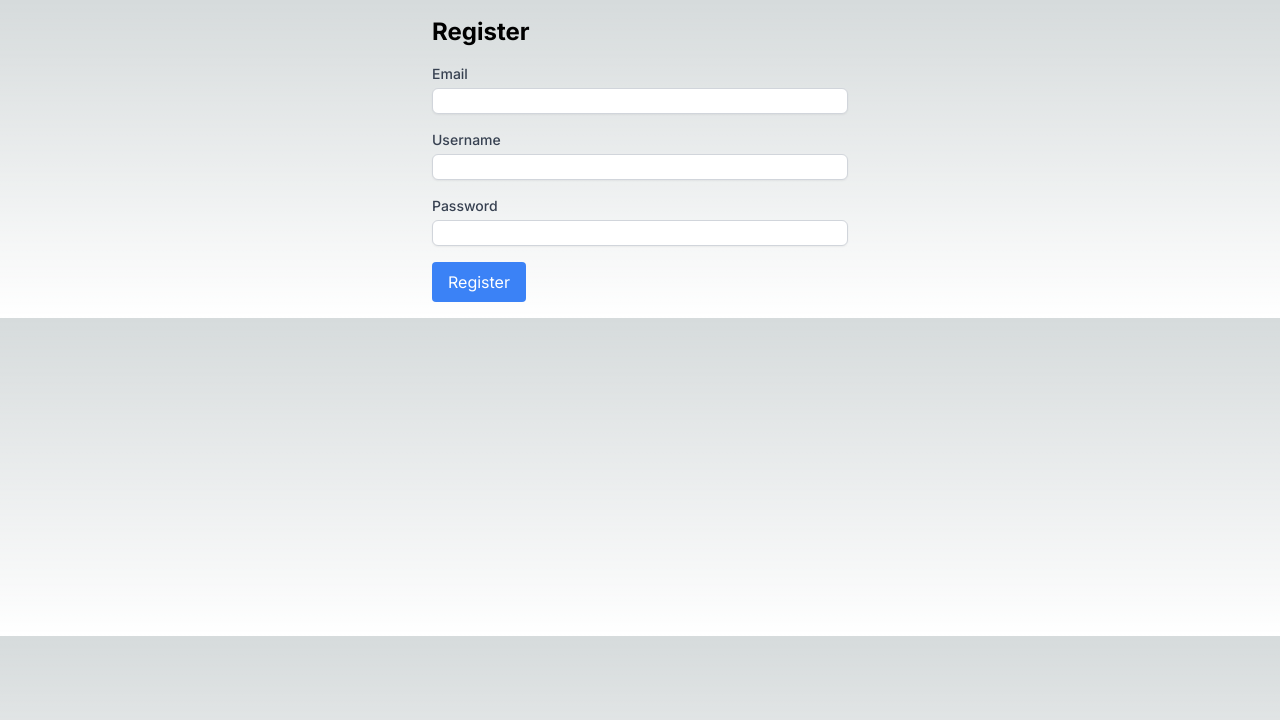
Repository: NassimeElkamari/Horizon-Housing
Page: /register
An editor plug-in stored every save of this project. The page is shown before and after the next save, followed by the edit.
The browser window is 1280 px wide. The pictures show the whole page.
The project was rebuilt for these pictures with package versions that can differ from the ones it lists, and the page was loaded fresh each time. The framework's server and built-in components were replaced by stand-ins that run in the browser. Also part of the build but not shown: next.config.mjs.

Above is the page before, as saved 2024-08-28 15:29:07.

After the next save:
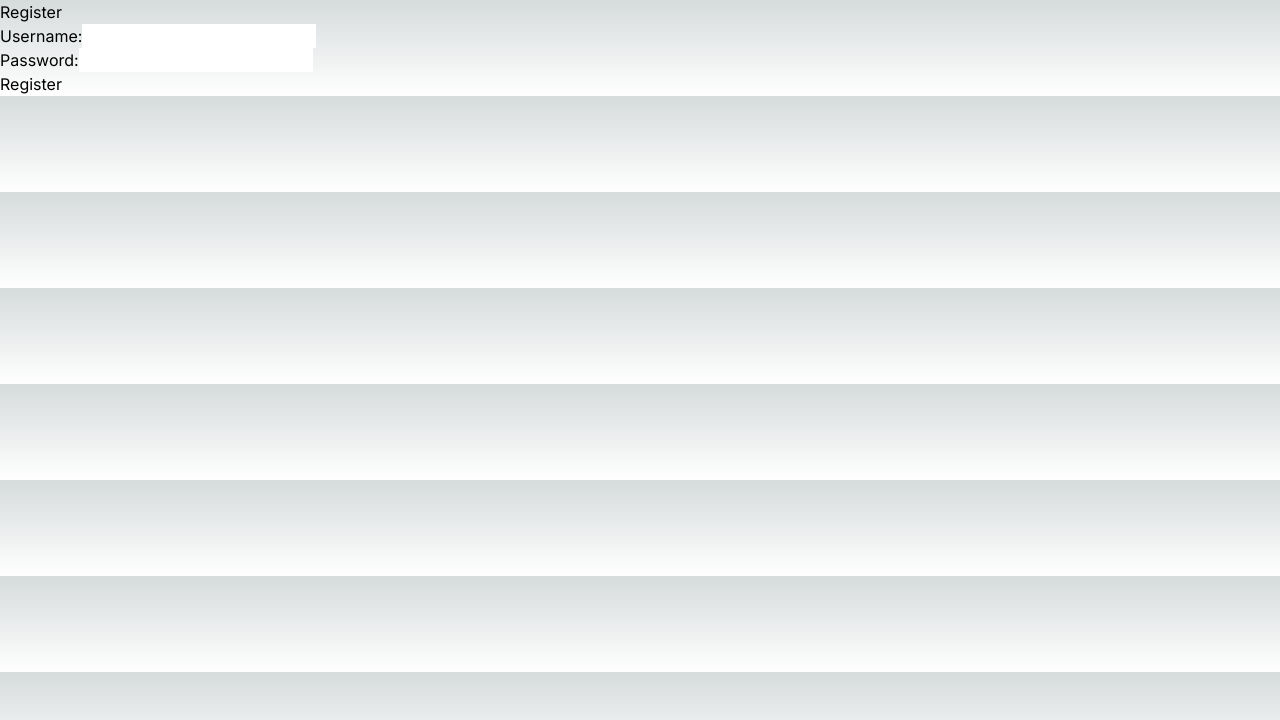
Saved 24 s later.
--- a/src/app/register/page.tsx
+++ b/src/app/register/page.tsx
@@ -1,69 +1,62 @@
-'use client'
+'use client';
+
 import { useState } from 'react';
+import { useRouter } from 'next/router';
 
-export default function RegisterPage() {
-  const [email, setEmail] = useState('');
+const RegisterPage = () => {
   const [username, setUsername] = useState('');
   const [password, setPassword] = useState('');
   const [error, setError] = useState('');
+  const router = useRouter();
 
   const handleSubmit = async (e: React.FormEvent) => {
     e.preventDefault();
+    setError('');
+
     const response = await fetch('/api/auth/register', {
       method: 'POST',
-      headers: { 'Content-Type': 'application/json' },
-      body: JSON.stringify({ email, username, password }),
+      headers: {
+        'Content-Type': 'application/json',
+      },
+      body: JSON.stringify({ username, password }),
     });
 
     const data = await response.json();
 
     if (response.ok) {
-      // Redirect or show success message
+      router.push('/login');
     } else {
-      setError(data.message);
+      setError(data.message || 'Registration failed');
     }
   };
 
   return (
-    <div className="max-w-md mx-auto p-4">
-      <h1 className="text-2xl font-bold mb-4">Register</h1>
+    <div>
+      <h1>Register</h1>
+      {error && <p style={{ color: 'red' }}>{error}</p>}
       <form onSubmit={handleSubmit}>
-        <div className="mb-4">
-          <label htmlFor="email" className="block text-sm font-medium text-gray-700">Email</label>
-          <input
-            id="email"
-            type="email"
-            value={email}
-            onChange={(e) => setEmail(e.target.value)}
-            className="mt-1 block w-full border border-gray-300 rounded-md shadow-sm"
-            required
-          />
-        </div>
-        <div className="mb-4">
-          <label htmlFor="username" className="block text-sm font-medium text-gray-700">Username</label>
+        <div>
+          <label htmlFor="username">Username:</label>
           <input
             id="username"
             type="text"
             value={username}
             onChange={(e) => setUsername(e.target.value)}
-            className="mt-1 block w-full border border-gray-300 rounded-md shadow-sm"
-            required
           />
         </div>
-        <div className="mb-4">
-          <label htmlFor="password" className="block text-sm font-medium text-gray-700">Password</label>
+        <div>
+          <label htmlFor="password">Password:</label>
           <input
             id="password"
             type="password"
             value={password}
             onChange={(e) => setPassword(e.target.value)}
-            className="mt-1 block w-full border border-gray-300 rounded-md shadow-sm"
-            required
           />
         </div>
-        {error && <p className="text-red-500">{error}</p>}
-        <button type="submit" className="bg-blue-500 text-white py-2 px-4 rounded">Register</button>
+        <button type="submit">Register</button>
       </form>
     </div>
   );
-}
+};
+
+export default RegisterPage;
